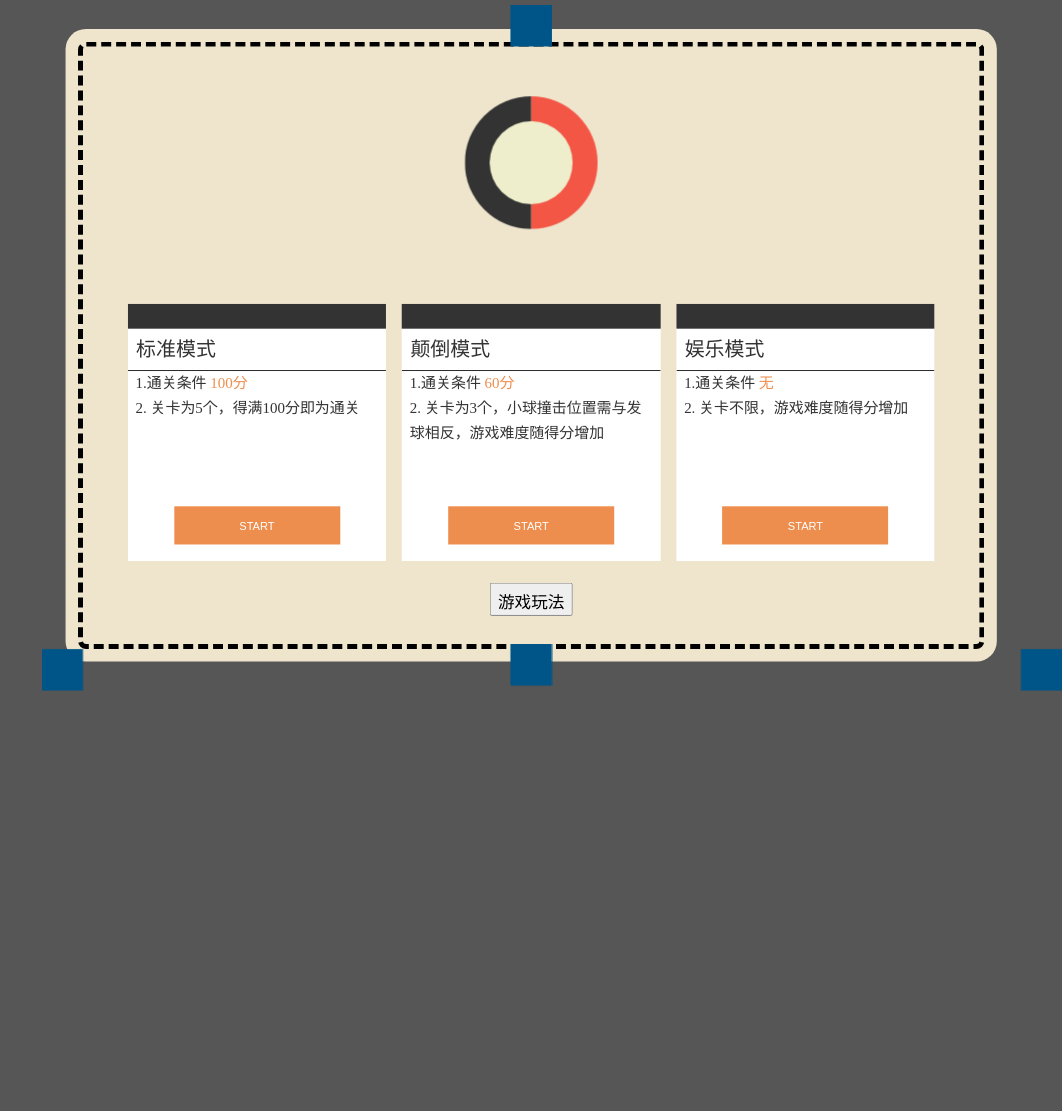
Repository: EEETA/ball-game
Page: theBall2/index.html
These files come from the project's save history. The page is drawn as it stood at one moment and after the next save; the edit follows.
The browser window is 1280 px wide. The pictures show the whole page, at 83% of full size.

Above is the page before, as saved 2018-08-02 16:22:13.

After the next save:
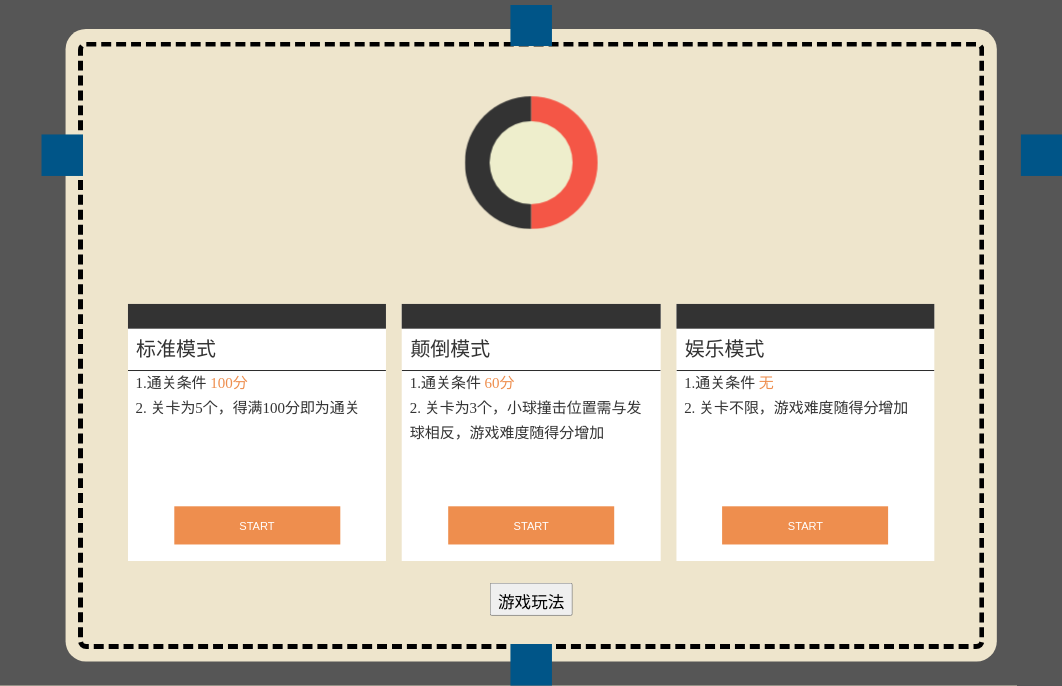
Saved 17 s later.
--- a/theBall2/style/index.css
+++ b/theBall2/style/index.css
@@ -95,7 +95,7 @@ button{outline: none;}
     left:calc(50% - 37px);
 }
 .top,.bottom{position: absolute;left:0;right:0;}
-.left,.right{position: absolute;height: 662px;}
+.left,.right{position: absolute;top:0;bottom:0;}
 .left{left: -50px}
 .right{right: -50px}
 .top{top: -50px}
